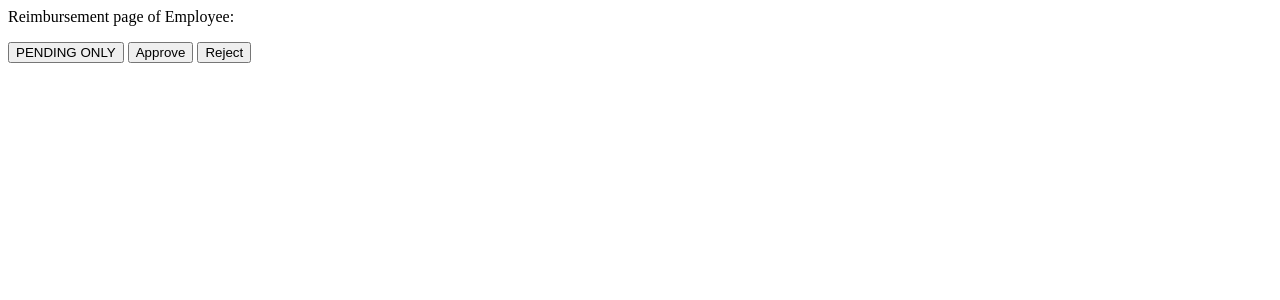
Repository: 2502-feb25-java-org/lev_project1
Page: ERS/src/main/webapp/partials/employee.html
The author's editor kept a copy of each file at every save. The page is drawn from the files as they stood at one save, then again after the next save.
The browser window is 1280 px wide. The pictures show the whole page.

Above is the page before, as saved 2019-03-28 23:27:41.

After the next save:
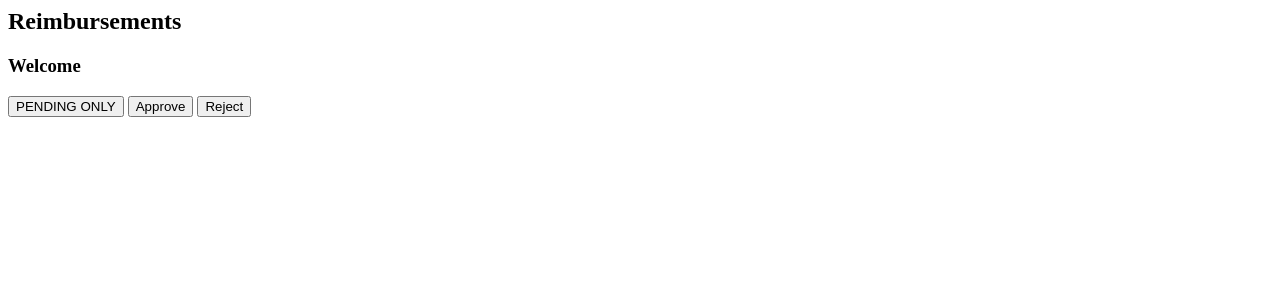
Saved 59 s later.
--- a/ERS/src/main/webapp/partials/employee.html
+++ b/ERS/src/main/webapp/partials/employee.html
@@ -1,4 +1,5 @@
-<p>Reimbursement page of Employee: <span id="name"></span>
+<h2>Reimbursements</h2>
+<h3>Welcome <span id="name"></span></h3>
 <div id="table"></div>
 <button type="button" id="pending">PENDING ONLY</button>
 <button type="button" id="approve">Approve</button>
